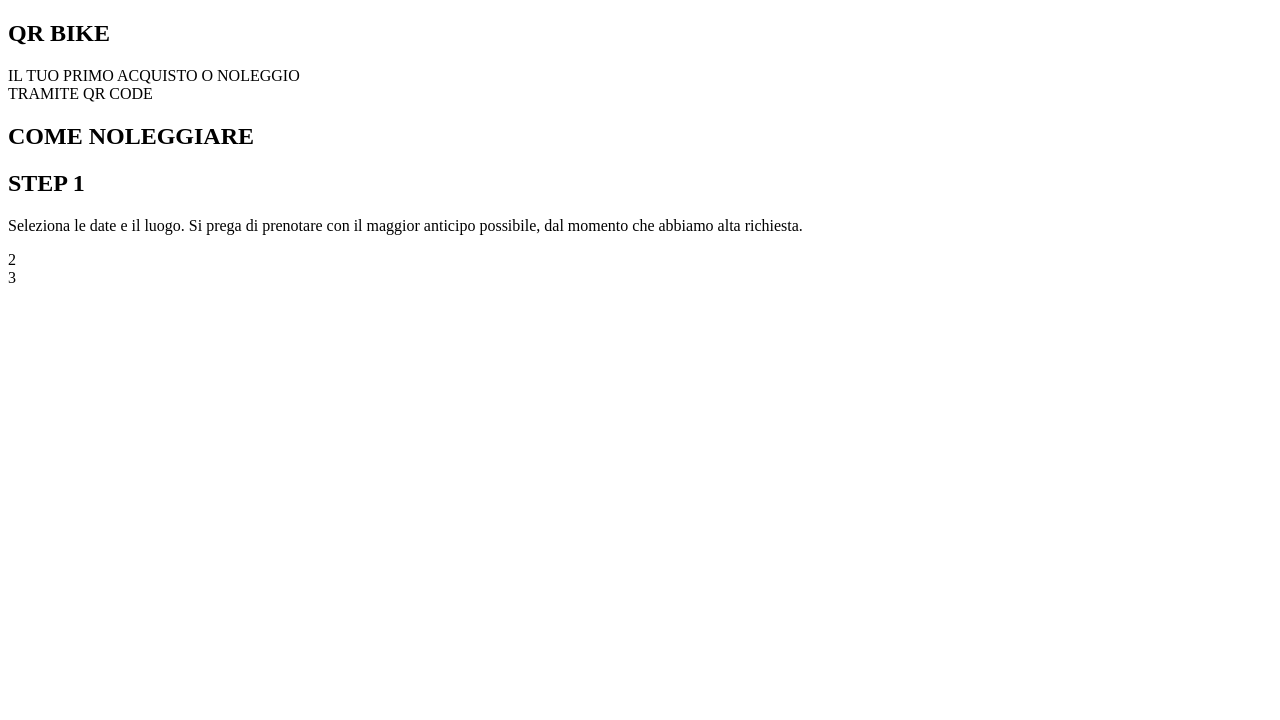
Repository: andrealepori/qrbike
Page: index.html
These files come from the project's save history. The page is drawn as it stood at one moment and after the next save; the edit follows.
The browser window is 1280 px wide. The pictures show the whole page.

Above is the page before, as saved 2020-09-16 16:58:24.

### index.html
<!DOCTYPE html>
<html lang="en">
<head>
    <meta charset="UTF-8">
    <meta name="viewport" content="width=device-width, initial-scale=1.0">
    <title>Home - QR BIKE</title>


	<link type="text/css" rel="stylesheet" href="css/style.css" />

</head>
<body>



  <section id="hero1" class="hero">
















    <div class="inner">
      <div class="copy">

      <h1 class="yellowtitle"> QR BIKE</h1>
      <p class="subtitle">IL TUO PRIMO ACQUISTO O NOLEGGIO <br> TRAMITE QR CODE</p>
      </div>
    </div>
  </section>




<section>

      <h1 class="titolo">COME NOLEGGIARE </h1>

    </div>
    </div>
  </section>



  <div class="support-grid"></div>

  <section class="grid-1">
    <div class="item-1">
      <h1 class="titoli"><bold>STEP 1</bold> </h1>


      <p class="nero">
        Seleziona le date e il luogo. Si prega di prenotare con il maggior anticipo possibile, dal momento che abbiamo alta richiesta. </p>
    </div>
    <div class="item-2">2</div>
    <div class="item-3">3</div>

  </section>






</body>
</html>

Loaded but not shown: style.css (no stored copy; drawn as an empty file)

After the next save:
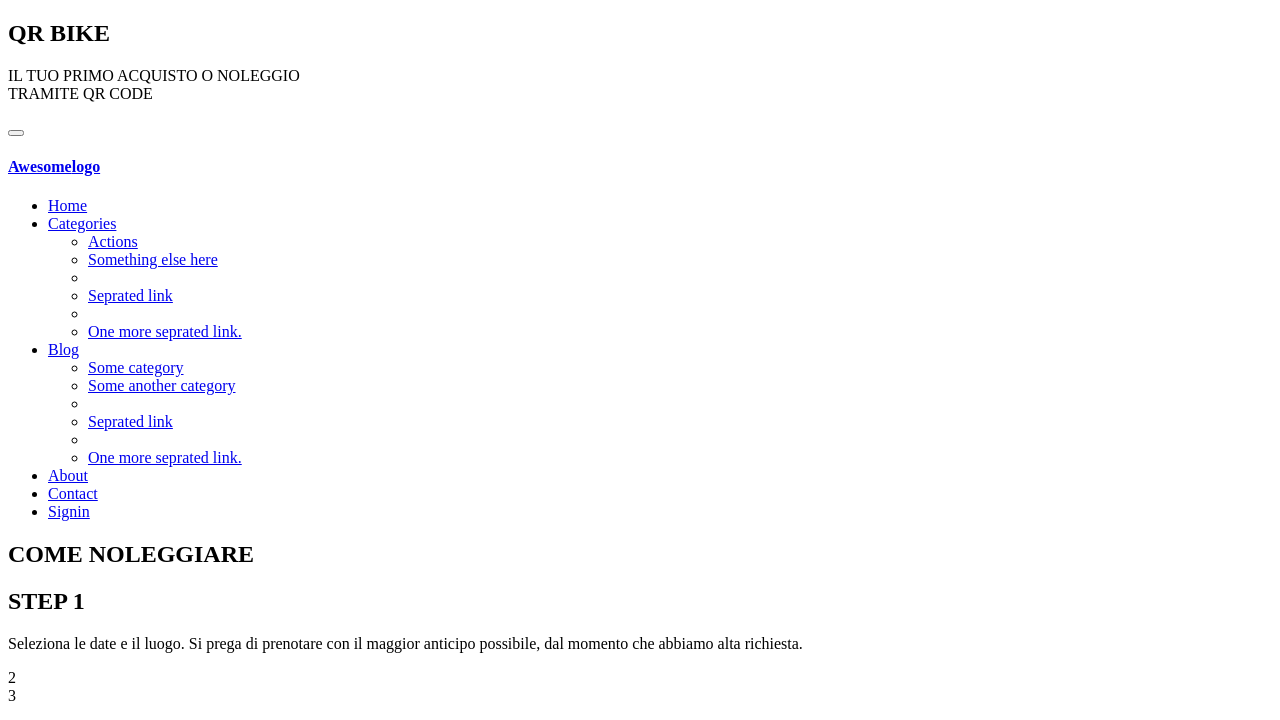
Saved 62 s later.
--- a/index.html
+++ b/index.html
@@ -40,7 +40,56 @@
   </section>
 
 
+  <nav class="navbar">
+    <div class="container">
 
+      <div class="navbar-header">
+        <button class="navbar-toggler" data-toggle="open-navbar1">
+          <span></span>
+          <span></span>
+          <span></span>
+        </button>
+        <a href="#">
+          <h4>Awesome<span>logo</span></h4>
+        </a>
+      </div>
+
+      <div class="navbar-menu" id="open-navbar1">
+        <ul class="navbar-nav">
+          <li class="active"><a href="#">Home</a></li>
+          <li class="navbar-dropdown">
+            <a href="#" class="dropdown-toggler" data-dropdown="my-dropdown-id">
+              Categories <i class="fa fa-angle-down"></i>
+            </a>
+            <ul class="dropdown" id="my-dropdown-id">
+              <li><a href="#">Actions</a></li>
+              <li><a href="#">Something else here</a></li>
+              <li class="separator"></li>
+              <li><a href="#">Seprated link</a></li>
+              <li class="separator"></li>
+              <li><a href="#">One more seprated link.</a></li>
+            </ul>
+          </li>
+          <li class="navbar-dropdown">
+            <a href="#" class="dropdown-toggler" data-dropdown="blog">
+              Blog <i class="fa fa-angle-down"></i>
+            </a>
+            <ul class="dropdown" id="blog">
+              <li><a href="#">Some category</a></li>
+              <li><a href="#">Some another category</a></li>
+              <li class="separator"></li>
+              <li><a href="#">Seprated link</a></li>
+              <li class="separator"></li>
+              <li><a href="#">One more seprated link.</a></li>
+            </ul>
+          </li>
+          <li><a href="#">About</a></li>
+          <li><a href="#">Contact</a></li>
+          <li><a href="#">Signin</a></li>
+        </ul>
+      </div>
+    </div>
+  </nav>
 
 <section>
 

After the 3 saves that followed:
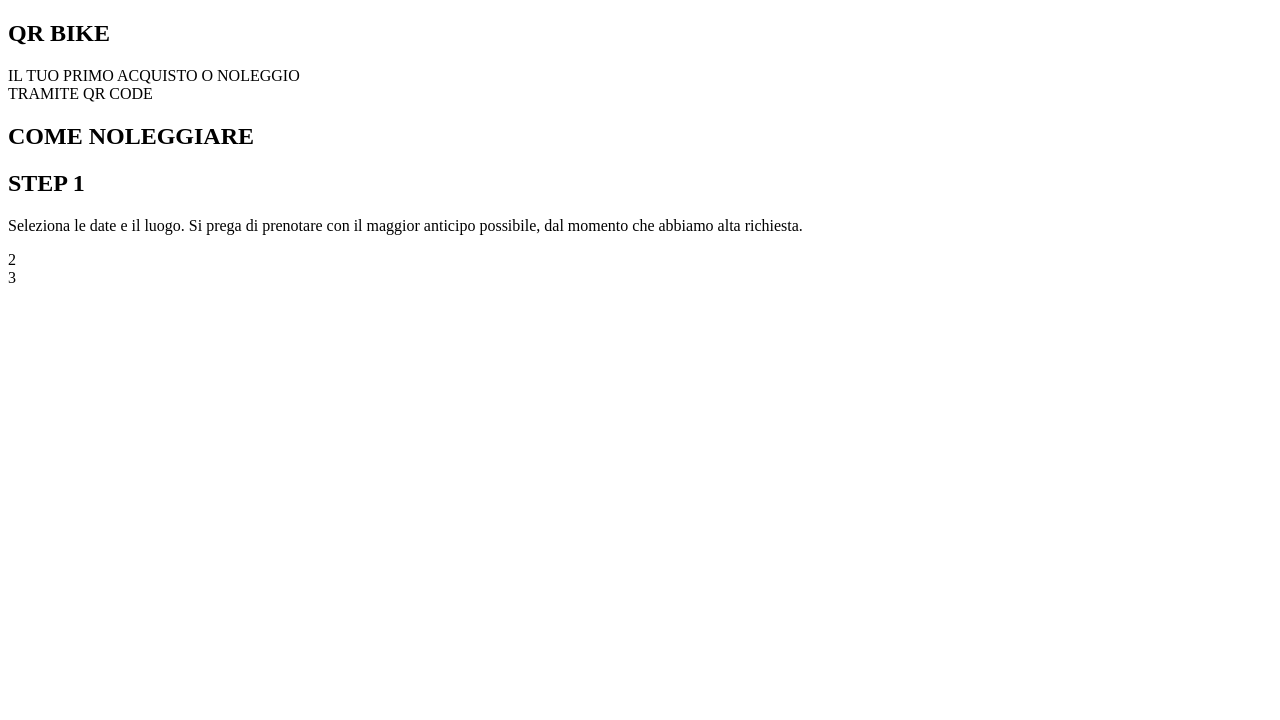
The 3 saves are shown as one change because 2 left the picture as it was.
The last was saved 81 s later.
--- a/index.html
+++ b/index.html
@@ -40,56 +40,7 @@
   </section>
 
 
-  <nav class="navbar">
-    <div class="container">
 
-      <div class="navbar-header">
-        <button class="navbar-toggler" data-toggle="open-navbar1">
-          <span></span>
-          <span></span>
-          <span></span>
-        </button>
-        <a href="#">
-          <h4>Awesome<span>logo</span></h4>
-        </a>
-      </div>
-
-      <div class="navbar-menu" id="open-navbar1">
-        <ul class="navbar-nav">
-          <li class="active"><a href="#">Home</a></li>
-          <li class="navbar-dropdown">
-            <a href="#" class="dropdown-toggler" data-dropdown="my-dropdown-id">
-              Categories <i class="fa fa-angle-down"></i>
-            </a>
-            <ul class="dropdown" id="my-dropdown-id">
-              <li><a href="#">Actions</a></li>
-              <li><a href="#">Something else here</a></li>
-              <li class="separator"></li>
-              <li><a href="#">Seprated link</a></li>
-              <li class="separator"></li>
-              <li><a href="#">One more seprated link.</a></li>
-            </ul>
-          </li>
-          <li class="navbar-dropdown">
-            <a href="#" class="dropdown-toggler" data-dropdown="blog">
-              Blog <i class="fa fa-angle-down"></i>
-            </a>
-            <ul class="dropdown" id="blog">
-              <li><a href="#">Some category</a></li>
-              <li><a href="#">Some another category</a></li>
-              <li class="separator"></li>
-              <li><a href="#">Seprated link</a></li>
-              <li class="separator"></li>
-              <li><a href="#">One more seprated link.</a></li>
-            </ul>
-          </li>
-          <li><a href="#">About</a></li>
-          <li><a href="#">Contact</a></li>
-          <li><a href="#">Signin</a></li>
-        </ul>
-      </div>
-    </div>
-  </nav>
 
 <section>
 
